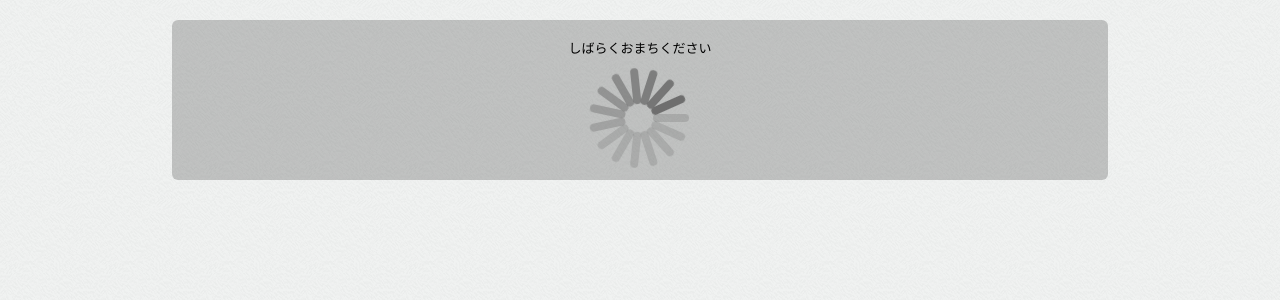
Repository: alivecast/exder_android_sales
Page: exorder.director/assets/www/loading.html
The author's editor kept a copy of each file at every save. The page is drawn from the files as they stood at one save, then again after the next save.
The browser window is 1280 px wide. The pictures show the whole page.

Above is the page before, as saved 2012-12-14 08:15:51.

### exorder.director/assets/www/loading.html
<html>
	<head>
		<meta name="viewport" content="width=device-width, initial-scale=1.0, maximum-scale=1.0, user-scalable=no;" />
		<meta charset="utf-8">

		<link rel="stylesheet" href="js/jquery.mobile-1.2.0.min.css" type="text/css" />
		<link rel="stylesheet" href="css/iphone.css" type="text/css" />

		<script type="text/javascript" charset="utf-8" src="js/jquery-1.8.2.min.js"></script>
		<script type="text/javascript" charset="utf-8" src="js/base64.js"></script>
		<script type="text/javascript" charset="utf-8" src="js/aes.js"></script>
		<script type="text/javascript" charset="utf-8" src="js/main.js"></script>
		<script type="text/javascript" charset="utf-8" src="js/company.js"></script>
		<script type="text/javascript" charset="utf-8" src="js/cordova.js"></script>
		<script type="text/javascript" charset="utf-8" src="js/spin.min.js"></script>


		<script type="text/javascript">
			$(document).bind("mobileinit", function() {
				// jQuery Mobile フレームワークの設定変更は、ここで行なってください！
				$.support.cors = true;
				$.mobile.allowCrossDomainPages = true;
			});

			$(document).ready(function() {
				document.addEventListener("deviceready", onDeviceReady, false);
			});

			function onDeviceReady() {

			}
		</script>
	</head>

	<body>
		<div data-role="page" data-add-back-btn="false" data-theme="z">
			<!-- loading -->
			<div class="loading" data-role="content" id="loading">
				<div class="loading_box">
					<p>しばらくおまちください</p>
					<div id="loadingImg" class="square"></div>
					<script>
						// spin setting
						var opts = {
							lines : 15, // The number of lines to draw
							length : 28, // The length of each line
							width : 8, // The line thickness
							radius : 14, // The radius of the inner circle
							corners : 1, // Corner roundness (0..1)
							rotate : 0, // The rotation offset
							color : '#666', // #rgb or #rrggbb
							speed : 1, // Rounds per second
							trail : 60, // Afterglow percentage
							shadow : false, // Whether to render a shadow
							hwaccel : false, // Whether to use hardware acceleration
							className : 'spinner', // The CSS class to assign to the spinner
							zIndex : 2e9, // The z-index (defaults to 2000000000)
							top : 'auto', // Top position relative to parent in px
							left : 'auto' // Left position relative to parent in px
						};
						var target = document.getElementById('loadingImg');
						var spinner = new Spinner(opts).spin(target);
					</script>
				</div>
			</div>
		</div>
	</body>

</html>

Loaded but not shown: exorder.director/assets/www/js/jquery.mobile-1.2.0.min.css (library); exorder.director/assets/www/js/jquery-1.8.2.min.js (library); exorder.director/assets/www/js/aes.js (library); exorder.director/assets/www/js/cordova.js (library); exorder.director/assets/www/js/spin.min.js (library); exorder.director/assets/www/js/main.js (360 lines, source omitted); exorder.director/assets/www/js/base64.js (226 lines, source omitted); exorder.director/assets/www/js/company.js (72 lines, source omitted); exorder.director/assets/www/css/iphone.css (1996 lines, source omitted)

After the next save:
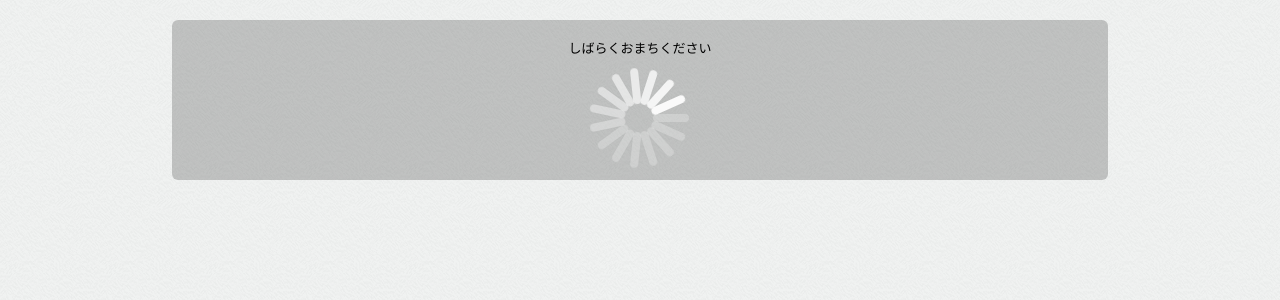
Saved 6 min 46 s later.
--- a/exorder.director/assets/www/loading.html
+++ b/exorder.director/assets/www/loading.html
@@ -48,7 +48,7 @@
 							radius : 14, // The radius of the inner circle
 							corners : 1, // Corner roundness (0..1)
 							rotate : 0, // The rotation offset
-							color : '#666', // #rgb or #rrggbb
+							color : '#fff', // #rgb or #rrggbb
 							speed : 1, // Rounds per second
 							trail : 60, // Afterglow percentage
 							shadow : false, // Whether to render a shadow
